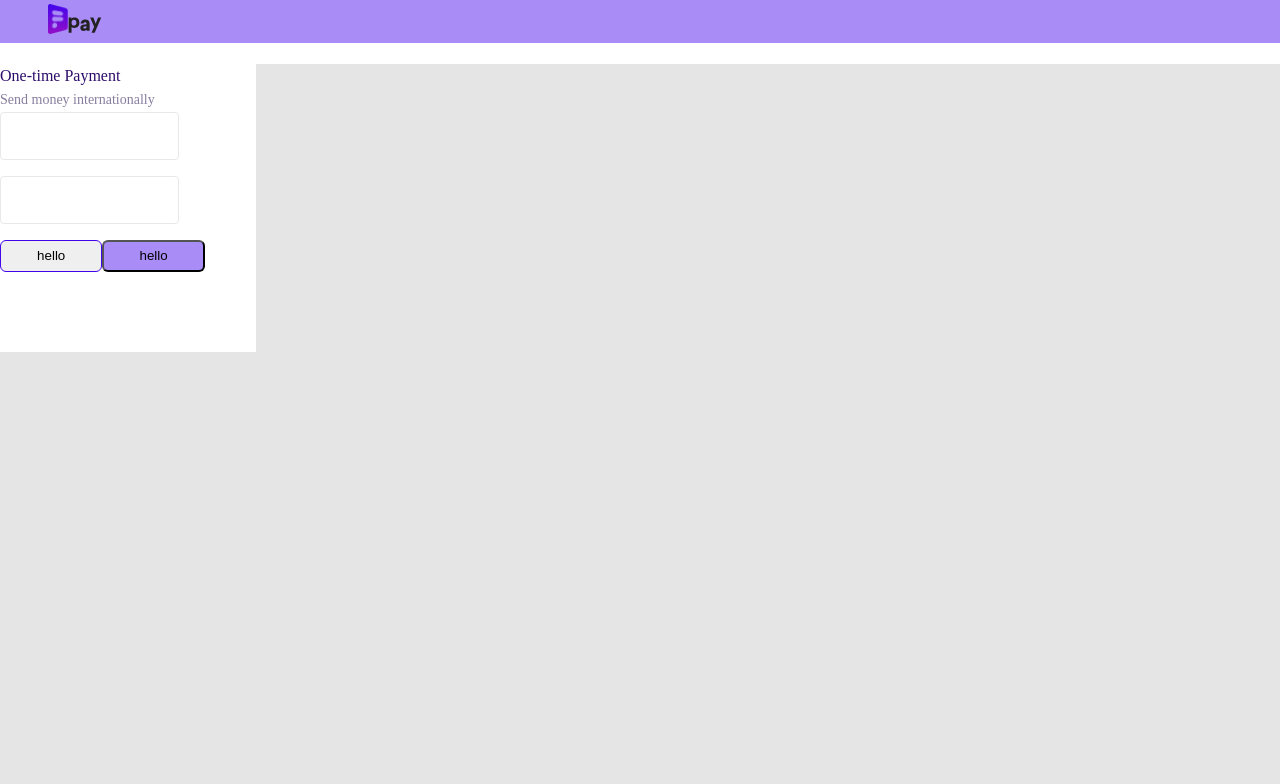
Repository: nilesjamex/fincra
Page: /
An editor plug-in stored every save of this project. The page is shown before and after the next save, followed by the edit.
The browser window is 1280 px wide. The pictures show the whole page.
The project was rebuilt for these pictures with package versions that can differ from the ones it lists, and the page was loaded fresh each time. The framework's server and built-in components were replaced by stand-ins that run in the browser. Also part of the build but not shown: next.config.js.

Above is the page before, as saved 2021-11-01 11:13:13.

After the next save:
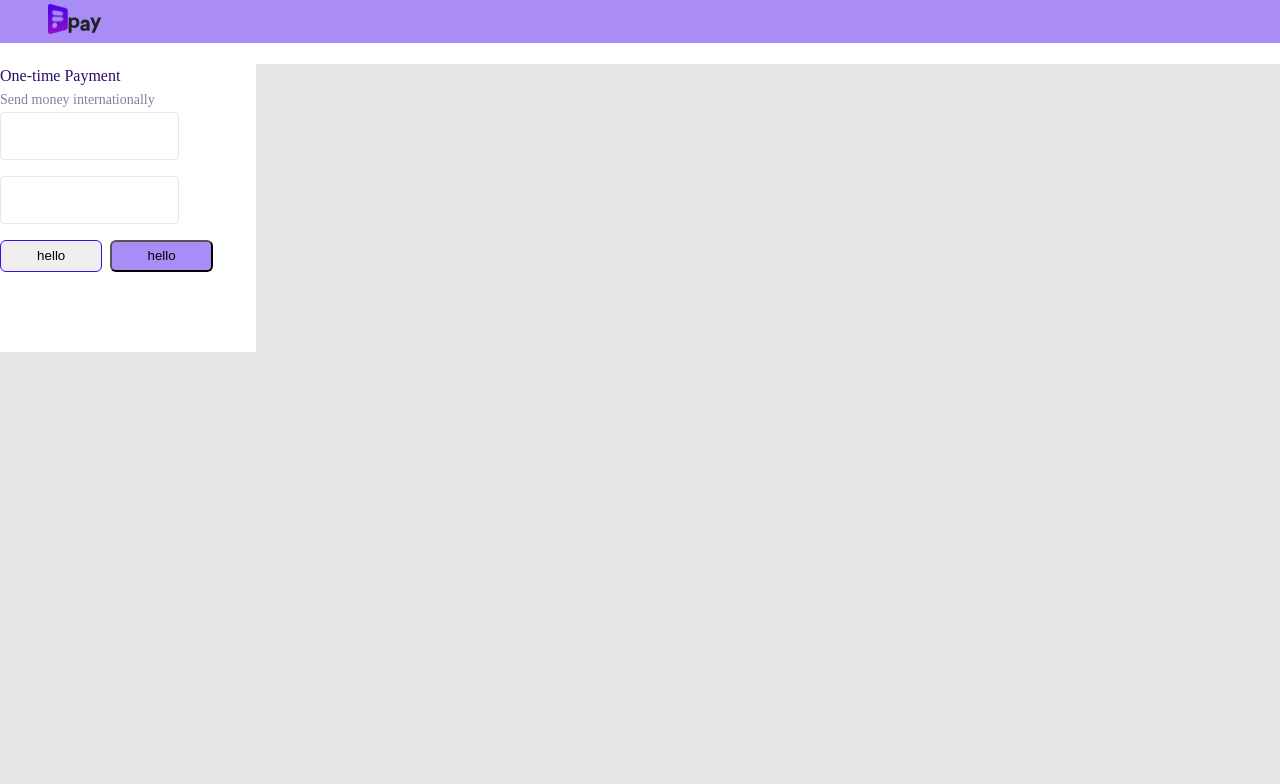
Saved 3 min 13 s later.
--- a/Components/pay.module.css
+++ b/Components/pay.module.css
@@ -40,6 +40,7 @@
     border: 1px solid #4305EB;
     box-sizing: border-box;
     border-radius: 6px;
+    margin-right: 0.5rem;
 }
 .continue {
     height: 2rem;
